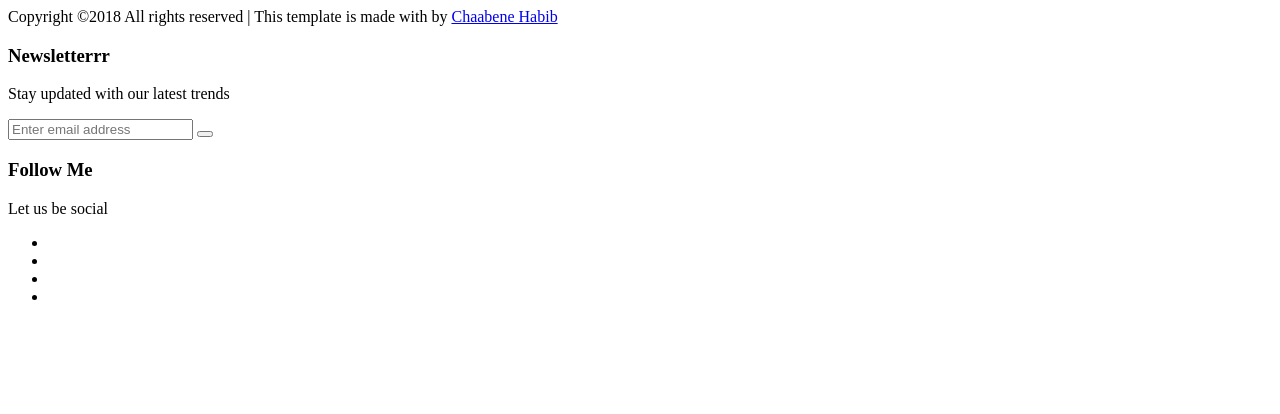
Repository: ChaabeneHabib/habib-chaabene
Page: footer.html
These files come from the project's save history. The page is drawn as it stood at one moment and after the next save; the edit follows.
The browser window is 1280 px wide. The pictures show the whole page.

Above is the page before, as saved 2019-11-17 22:06:29.

### footer.html
<footer class="footer_area p_120">
    <div class="container">
        <div class="row footer_inner">
            <div class="col-lg-5 col-sm-6">
                <aside class="f_widget ab_widget">
                    <div class="f_title">
                        <h3></h3>
                    </div>
                    <p> </p>
                    <p><!-- Link back to Colorlib can't be removed. Template is licensed under CC BY 3.0. -->
Copyright &copy;<script>document.write(new Date().getFullYear());</script> All rights reserved | This template is made with <i class="fa fa-heart-o" aria-hidden="true"></i> by <a href="https://colorlib.com" target="_blank">Chaabene Habib</a>
<!-- Link back to Colorlib can't be removed. Template is licensed under CC BY 3.0. --></p>
                </aside>
            </div>
            <div class="col-lg-5 col-sm-6">
                <aside class="f_widget news_widget">
                    <div class="f_title">
                        <h3>Newsletterrr</h3>
                    </div>
                    <p>Stay updated with our latest trends</p>
                    <div id="mc_embed_signup">
                        <form target="_blank" action="https://spondonit.us12.list-manage.com/subscribe/post?u=1462626880ade1ac87bd9c93a&amp;id=92a4423d01" method="get" class="subscribe_form relative">
                            <div class="input-group d-flex flex-row">
                                <input name="EMAIL" placeholder="Enter email address" onfocus="this.placeholder = ''" onblur="this.placeholder = 'Email Address '" required="" type="email">
                                <button class="btn sub-btn"><span class="lnr lnr-arrow-right"></span></button>
                            </div>
                            <div class="mt-10 info"></div>
                        </form>
                    </div>
                </aside>
            </div>
            <div class="col-lg-2">
                <aside class="f_widget social_widget">
                    <div class="f_title">
                        <h3>Follow Me</h3>
                    </div>
                    <p>Let us be social</p>
                    <ul class="list">
                        <li><a href="#"><i class="fa fa-facebook"></i></a></li>
                        <li><a href="#"><i class="fa fa-twitter"></i></a></li>
                        <li><a href="#"><i class="fa fa-dribbble"></i></a></li>
                        <li><a href="#"><i class="fa fa-behance"></i></a></li>
                    </ul>
                </aside>
            </div>
        </div>
    </div>
</footer>
<!--================End Footer Area =================-->

After the next save:
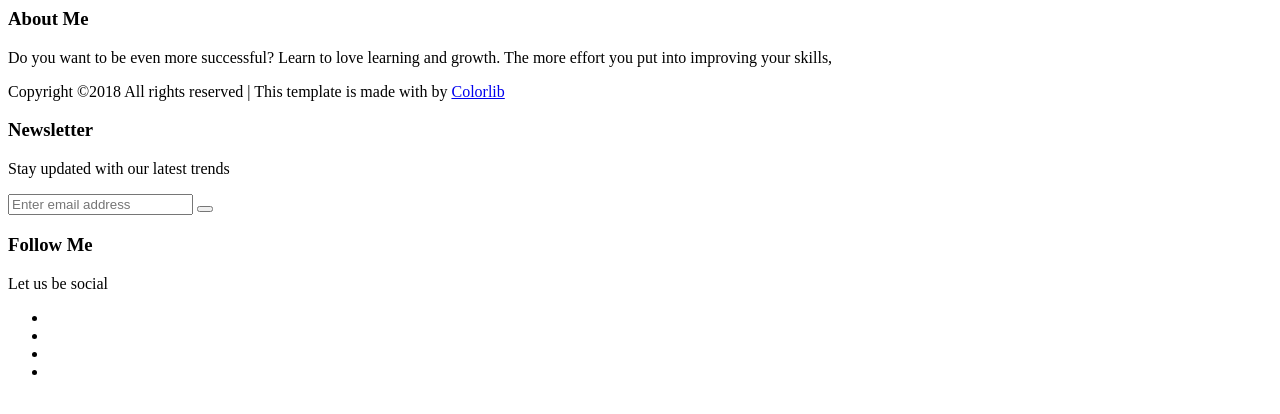
Saved 10 s later.
--- a/footer.html
+++ b/footer.html
@@ -4,18 +4,18 @@
             <div class="col-lg-5 col-sm-6">
                 <aside class="f_widget ab_widget">
                     <div class="f_title">
-                        <h3></h3>
+                        <h3>About Me</h3>
                     </div>
-                    <p> </p>
+                    <p>Do you want to be even more successful? Learn to love learning and growth. The more effort you put into improving your skills,</p>
                     <p><!-- Link back to Colorlib can't be removed. Template is licensed under CC BY 3.0. -->
-Copyright &copy;<script>document.write(new Date().getFullYear());</script> All rights reserved | This template is made with <i class="fa fa-heart-o" aria-hidden="true"></i> by <a href="https://colorlib.com" target="_blank">Chaabene Habib</a>
+Copyright &copy;<script>document.write(new Date().getFullYear());</script> All rights reserved | This template is made with <i class="fa fa-heart-o" aria-hidden="true"></i> by <a href="https://colorlib.com" target="_blank">Colorlib</a>
 <!-- Link back to Colorlib can't be removed. Template is licensed under CC BY 3.0. --></p>
                 </aside>
             </div>
             <div class="col-lg-5 col-sm-6">
                 <aside class="f_widget news_widget">
                     <div class="f_title">
-                        <h3>Newsletterrr</h3>
+                        <h3>Newsletter</h3>
                     </div>
                     <p>Stay updated with our latest trends</p>
                     <div id="mc_embed_signup">
